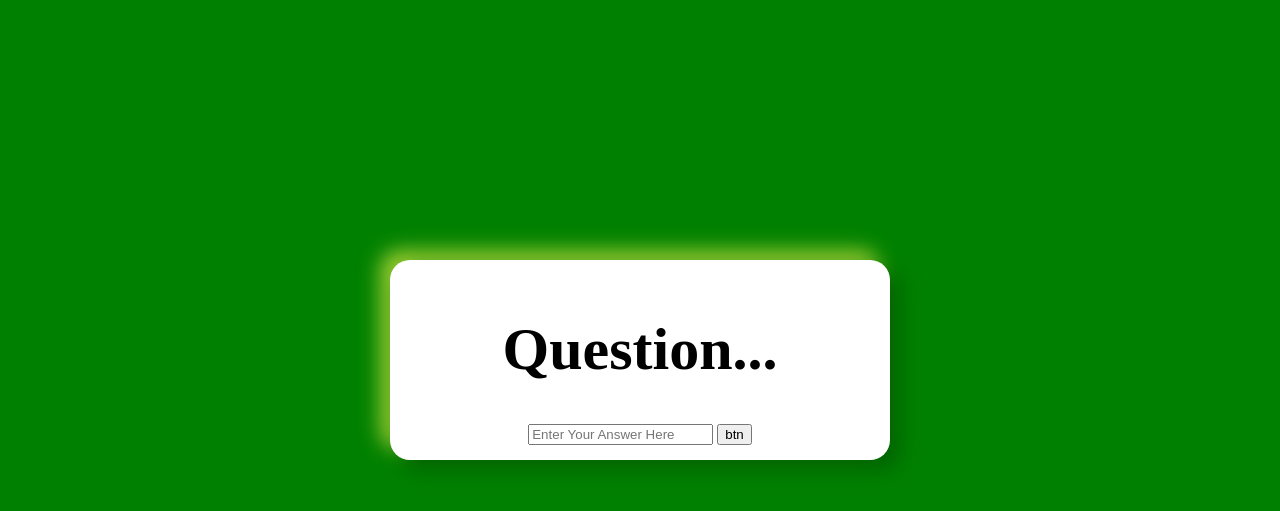
Repository: Joseph061200/Dynamic_Lab2
Page: joseph.html
The author's editor kept a copy of each file at every save. The page is drawn from the files as they stood at one save, then again after the next save.
The browser window is 1280 px wide. The pictures show the whole page.

Above is the page before, as saved 2020-02-20 14:18:45.

After the next save:
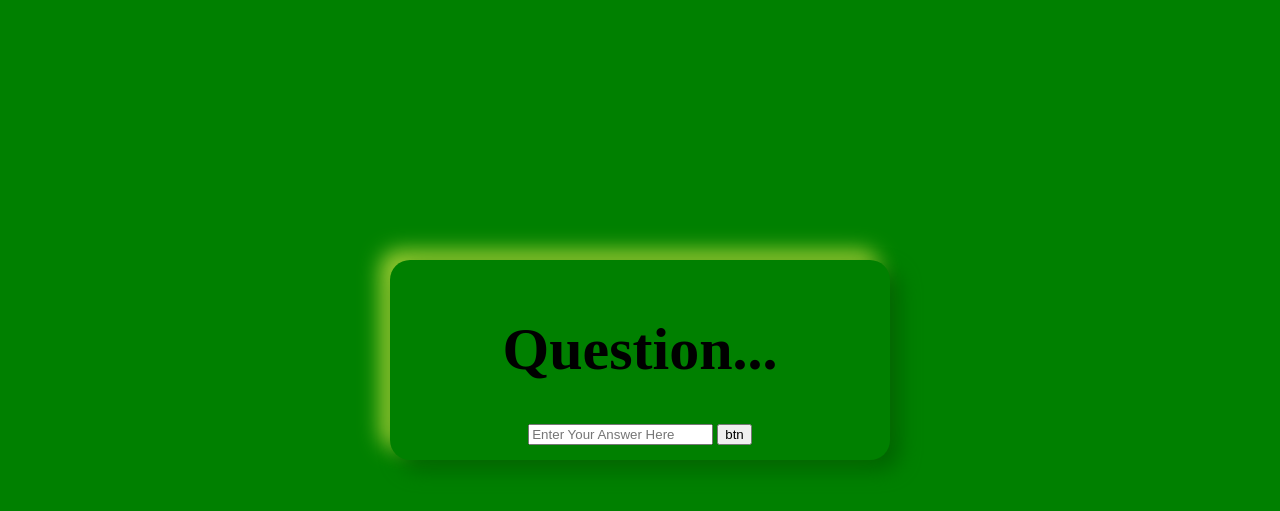
Saved 11 s later.
--- a/joseph.css
+++ b/joseph.css
@@ -16,7 +16,7 @@ body,html {
     flex-direction: column;
     justify-content: center;
     align-items: center;
-    background-color: white;
+    background-color: green;
     border-radius: 20px;
     box-shadow: 10px 10px 20px darkgreen,-10px -10px 20px yellowgreen;
 
